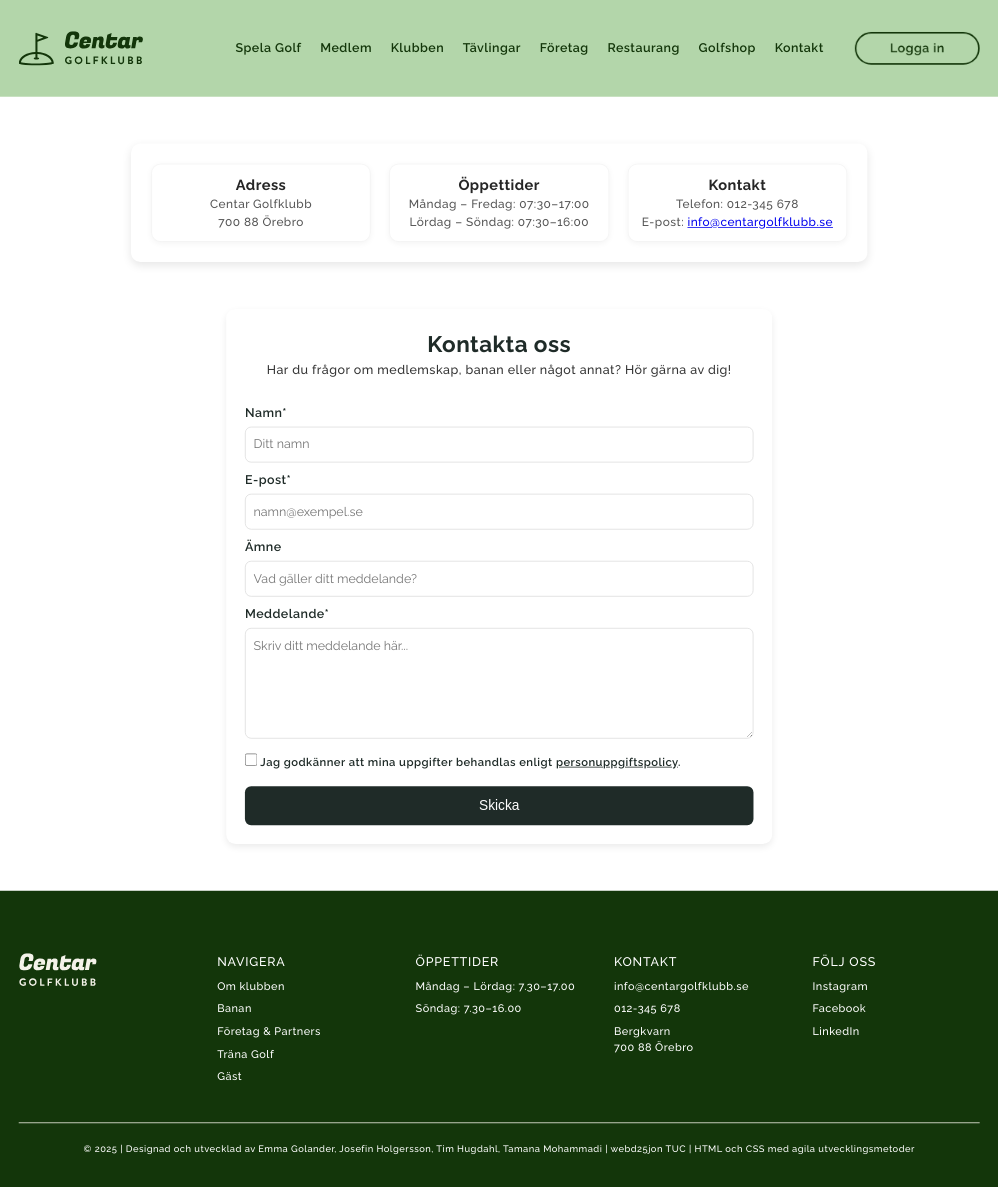
Repository: Tamana831/GolfklubbCentar
Page: kontakt.html
These files come from the project's save history. The page is drawn as it stood at one moment and after the next save; the edit follows.
The browser window is 1280 px wide. The pictures show the whole page, at 78% of full size.

Above is the page before, as saved 2025-10-24 00:37:40.

### kontakt.html
<!DOCTYPE html>
<html lang="sv">
  <head>
    <meta charset="UTF-8" />
    <meta name="viewport" content="width=device-width, initial-scale=1.0" />
    <title>Design element</title>
    <!-- variables.css och base.css måste ligga överst då vi vill att den ska läsas in först -->
    <link rel="stylesheet" href="styles/variables.css" />
    <link rel="stylesheet" href="styles/base.css" />
    <link rel="stylesheet" href="styles/kontakt.css" />
  </head>
  <body>
    <!-- Sätter färg hela vägen ut -->
    <header class="bg-green-mid">
      <!-- Nedan div för att sätta maxbredd på sidan -->
      <nav class="container main-nav-wrapper">
        <a href="#"
          ><img
            src="images/centar_logotype_primary_dark.svg"
            alt="Centar logotype"
            class="logotype"
        /></a>
        <input type="checkbox" id="menu-toggle" />
        <label for="menu-toggle" class="menu-button-container">
          <span class="menu-button"></span>
          <!--inline-->
        </label>
        <div class="menu-wrapper">
          <ul>
            <li><a href="spelagolf.html">Spela Golf</a></li>
            <li><a href="medlem.html">Medlem</a></li>
            <li><a href="klubben.html">Klubben</a></li>
            <li><a href="tavling.html">Tävlingar</a></li>
            <li><a href="foretag.html">Företag</a></li>
            <li><a href="restaurang.html">Restaurang</a></li>
            <li><a href="golfshop.html">Golfshop</a></li>
            <li><a href="kontakt.html">Kontakt</a></li>
          </ul>
          <a href="login.html" class="button btn-primary-outline">Logga in</a>
        </div>
      </nav>
    </header>
      <!-- HELA KONTAKTSEKTIONEN MED BAKGRUND -->
    <section class="contact-section" aria-labelledby="kontakt-h1">
      <div class="container">

        <!-- KONTAKT-BOXAR -->
        <div class="contact-wrapper" aria-labelledby="kontakt-info-heading">
          <div class="contact-card" role="region" aria-labelledby="adress-heading">
            <h3 id="adress-heading">Adress</h3>
            <p>Centar Golfklubb<br />700 88 Örebro</p>
          </div>

          <div class="contact-card" role="region" aria-labelledby="oppettider-heading">
            <h3 id="oppettider-heading">Öppettider</h3>
            <p>Måndag – Fredag: 07:30–17:00<br />Lördag – Söndag: 07:30–16:00</p>
          </div>

          <div class="contact-card" role="region" aria-labelledby="kontakt-heading">
            <h3 id="kontakt-heading">Kontakt</h3>
            <p>Telefon: 012-345 678<br />E-post: <a href="mailto:info@centargolfklubb.se">info@centargolfklubb.se</a></p>
          </div>
        </div>

        <!-- FORMULÄR -->
        <div class="contact-container" role="region" aria-labelledby="kontakt-h1">
          <header class="contact-header">
            <h1 id="kontakt-h1">Kontakta oss</h1>
            <p>Har du frågor om medlemskap, banan eller något annat? Hör gärna av dig!</p>
          </header>

          <form class="contact-form" action="#" method="post" novalidate>
            <label for="name">Namn*</label>
            <input type="text" id="name" name="name" required placeholder="Ditt namn" />

            <label for="email">E-post*</label>
            <input type="email" id="email" name="email" required placeholder="namn@exempel.se" />

            <label for="subject">Ämne</label>
            <input type="text" id="subject" name="subject" placeholder="Vad gäller ditt meddelande?" />

            <label for="message">Meddelande*</label>
            <textarea id="message" name="message" rows="5" required placeholder="Skriv ditt meddelande här..."></textarea>

            <!-- GDPR / samtycke -->
            <label class="gdpr-label" for="consent">
              <input type="checkbox" id="consent" name="consent" required />
              Jag godkänner att mina uppgifter behandlas enligt
              <a href="#" target="_blank" rel="noopener noreferrer">personuppgiftspolicy</a>.
            </label>

            <!-- Valfritt: ett litet felmeddelande-element (kan visas via JS/CSS vid behov) -->
            <p class="form-error" aria-live="polite" style="display:none; color:#c0392b; margin-top:8px;">
              Du måste godkänna personuppgiftspolicyn för att skicka formuläret.
            </p>

            <button type="submit">Skicka</button>
          </form>
        </div>
      </div>
    </section>

    <!-- FOOTER -->
    <footer class="bg-green-dark" role="contentinfo">

      <div class="container text-white footer-wrapper">
        <nav class="foot-nav-wrapper body-sm" aria-label="Sidfot navigation">
          <div class="foot-nav-item foot-logo-wrapper">
            <a href="index.html">
              <img src="images/centar_logo_wordmark_neg.svg" alt="Centar logotype negative" class="logo-wordmark" />
            </a>
          </div>

          <section class="foot-nav-item">
            <h5 class="overline">Navigera</h5>
            <ul>
              <li><a href="#">Om klubben</a></li>
              <li><a href="#">Banan</a></li>
              <li><a href="#">Företag &amp; Partners</a></li>
              <li><a href="#">Träna Golf</a></li>
              <li><a href="#">Gäst</a></li>
            </ul>
          </section>

          <section class="foot-nav-item">
            <h5 class="overline">Öppettider</h5>
            <p>Måndag – Lördag: 7.30–17.00</p>
            <p>Söndag: 7.30–16.00</p>
          </section>

          <section class="foot-nav-item">
            <h5 class="overline">Kontakt</h5>
            <a href="mailto:info@centargolfklubb.se">info@centargolfklubb.se</a>
            <a href="tel:+46123456789">012-345 678</a>
            <address>Bergkvarn<br />700 88 Örebro</address>
          </section>

          <section class="foot-nav-item">
            <h5 class="overline">Följ oss</h5>
            <ul>
              <li><a href="#">Instagram</a></li>
              <li><a href="#">Facebook</a></li>
              <li><a href="#">LinkedIn</a></li>
            </ul>
          </section>
        </nav>

        <div class="byline-wrapper text-center">
          <p>
            &copy; 2025 | Designad och utvecklad av Emma Golander, Josefin
            Holgersson, Tim Hugdahl, Tamana Mohammadi | webd25jon TUC |
            HTML och CSS med agila utvecklingsmetoder
          </p>
        </div>
      </div>
    </footer>
  </body>
</html>

### styles/variables.css
/* Variabler. I och med att vi lägger det i root så går de att nå i alla css-filer.*/
:root {
  /* FÄRGER */
  --color-green-dark: #13360a;
  --color-green-mid: #b3d6aa;
  --color-green-light: #ecf6e9;
  --color-green-accent: #14bf71;

  --color-blue-mid: #c8e0e8;
  --color-blue-light: #e4f0f4;
  --color-beige-light: #f4f3e9;

  --color-text-black: #262626;
  --color-text-grey: #3d3d3d;
  --color-text-white: #ffffff;

  /* SPACING */
  --space-xxs: 0.5rem; /* 8px, minsta avstånd, typ ikoner, små knappar*/
  --space-xs: 1rem; /* 16px, litet avstånd, tex mellan text och knapp  */
  --space-sm: 1.5rem; /* 24px, lite större, ofta mellan rubrik och text */
  --space-md: 2.5rem; /* 40px, ännu lite större, ofta mellan större rubrik och text */
  --space-lg: 3.5rem; /* 56px */
  --space-xl: 5rem; /* 80px, större block, typ mellan sektioner*/
  --space-xxl: 7.5rem; /* 120px, stort avstånd mellan sektioner */
}

### styles/base.css
@import url("https://fonts.googleapis.com/css2?family=Raleway:ital,wght@0,100..900;1,100..900&display=swap");
/* Reset */
* {
  box-sizing: border-box;
  margin: 0;
  padding: 0;
  line-height: 1.5;
}

body {
  color: var(--color-text-black); /* Textfärg för hela sidan */
  font-family: "Raleway", sans-serif;
  font-weight: 500;
  letter-spacing: 0.6px;
  -webkit-font-smoothing: antialiased;
  -moz-osx-font-smoothing: grayscale;
}

/* Klassen container styr sidans maxbredd. */
.container {
  margin: 0 auto;
  max-width: 1280px;
  /* Är det för tight padding i mobil?? */
  padding-left: var(--space-sm);
  padding-right: var(--space-sm);
}
/* @media (min-width: 768px) {
  .container {
    padding-left: var(--space-sm);
    padding-right: var(--space-sm);
  }
} */

/* ---------- BAKGRUNDSFÄRG styling  ---------- */
/* Gör vad som känns enklast, antingen med klass på html-elmentet eller med hjälp av css direkt på elementet. */
.bg-green-dark {
  background-color: var(--color-green-dark);
}
.bg-green-mid {
  background-color: var(--color-green-mid);
}
.bg-green-light {
  background-color: var(--color-green-light);
}
.bg-blue-mid {
  background-color: var(--color-blue-mid);
}
.bg-blue-light {
  background-color: var(--color-blue-light);
}
.bg-beige-light {
  background-color: var(--color-beige-light);
}

/* ---------- TEXT styling ---------- */
/* Utgår från mobil och skalar upp, se media queries */
/* text- för rubriker */
.text-xxl,
.text-xl,
.text-lg,
.text-md,
.text-sm {
  font-weight: 600;
  letter-spacing: normal; /* nollställer letter-spacing som är satt i body */
  line-height: 1.25;
}
.text-xxl {
  font-size: 2.5rem; /* 40px mobil, 64px desktop */
}
.text-xl {
  font-size: 2rem; /* 32px mobil, 48px desktop */
  margin-bottom: var(--space-md);
}
.text-lg {
  font-size: 1.75rem; /* 28px mobil, 32px desktop */
  margin-bottom: var(--space-sm);
}
.text-md {
  font-size: 1.25rem; /* 20px mobil, 24px desktop */
  margin-bottom: var(--space-xs);
}
.text-sm {
  font-size: 1rem; /* 16px */
  margin-bottom: var(--space-xs);
}
/* body- för brödtext och ingress */
.body-sm {
  font-size: 0.875rem; /* 14px */
}
.body {
  font-size: 1rem; /* 16px */
}
.body-lg {
  font-size: 1rem; /* 16px mobil, 20px desktop */
}
.overline {
  font-size: 1rem; /* 16px */
  font-weight: 500;
  text-transform: uppercase;
  letter-spacing: 1px;
}
/* Större px-storlek från tablet och uppåt */
@media (min-width: 768px) {
  .text-xxl {
    font-size: 4rem; /* 64px */
  }
  .text-xl {
    font-size: 3rem; /* 48px */
  }
  .text-lg {
    font-size: 2rem; /* 32px */
  }
  .text-md {
    font-size: 1.5rem; /* 24px */
  }
  .body-lg {
    font-size: 1.25rem; /* 20px */
  }
}
/* Hjälpklasser */
.text-center {
  text-align: center;
}
.text-white {
  color: var(--color-text-white);
}
.bold {
  font-weight: 700;
}
/* ----------  BUTTONS ---------- */
/* Grundstyling som gäller alla knappar (a-taggar och buttons) */
.button {
  /* Button reset */
  appearance: none; /* tar bort systemets knappstil. */
  -webkit-appearance: none; /* för Safari */
  -moz-appearance: none; /* för Firefox */
  border: none;
  font: inherit; /* Ärver samma font som sidan */
  /* Sätter fast höjd på knappar och justerar in med flex, så man vet att alla knappat alltid är lika höga. */
  height: 42px;
  width: fit-content;
  max-width: 100%;
  display: flex;
  justify-content: center;
  align-items: center;
  text-decoration: none;
  font-weight: 600;
  text-align: center;
  border-radius: 999px;
  padding: 0 var(--space-md); /* Enbart padding i sidled pga fast höjd och flex*/
  cursor: pointer;
  will-change: transform;
  transition: background-color 0.25s ease, transform 0.15s ease;
}
.button:hover {
  transform: scale(1.03);
}
.btn-primary {
  /* Mörkgrön */
  background-color: var(--color-green-dark);
  color: var(--color-beige-light);
}
.btn-cta {
  background-color: var(--color-green-accent);
  color: var(--color-text-white);
}
.btn-primary:hover,
.btn-cta:hover {
  background-color: color-mix(in srgb, var(--color-green-accent) 85%, black);
}
.btn-primary-outline {
  /* Mörkgrön outline */
  border: 2px solid var(--color-green-dark);
  background-color: transparent;
  color: var(--color-green-dark);
}
.btn-primary-outline:hover {
  background-color: var(--color-green-dark);
  color: var(--color-beige-light);
}
/* Focus ring t.ex. när man tabbar sig fram */
.button:focus-visible {
  outline: 3px solid color-mix(in srgb, var(--color-green-accent) 70%, white);
  outline-offset: 3px;
}
@media (max-width: 420px) {
  .button {
    height: auto;
    min-height: 42px;
    padding: 0.5rem var(--space-md);
    white-space: normal;
    line-height: 1.2;
  }
}

/* ---------- NAVIGATION ---------- */
.main-nav-wrapper {
  display: flex;
  justify-content: space-between;
  align-items: center;
  position: relative;
  padding-top: var(--space-sm);
  padding-bottom: var(--space-sm);
}
.logotype {
  width: 140px;
  /* Tar bort margin i botten på bild */
  display: block;
}
.menu-wrapper {
  position: absolute;
  top: 100%; /* lägger meny precis under nav */
  left: 0;
  right: 0;
  background-color: var(--color-green-mid);
  border-top: 1px solid var(--color-green-dark);
  box-shadow: 0 4px 16px 0 rgba(0, 0, 0, 0.08);
  display: flex;
  flex-direction: column;
  padding: var(--space-sm) var(--space-sm) var(--space-lg) var(--space-sm);
  gap: var(--space-xs); /* Avstånd mellan meny och knapp */
  /* Animerar opaciteten */
  max-height: 0;
  opacity: 0;
  overflow: hidden;
  transition: all 700ms cubic-bezier(0.23, 1, 0.32, 1);
}
.menu-wrapper li {
  list-style: none;
  font-size: 1.25rem;
  margin-bottom: var(--space-xs);
}
.menu-wrapper a {
  text-decoration: none;
  color: var(--color-green-dark);
  font-weight: 600;
  transition: background-color 0.5s;
}
.menu-wrapper li a:hover,
.menu-wrapper li a.current {
  padding-bottom: 4px;
  border-bottom: 2px solid var(--color-green-dark);
}
/* Styling hamburgerikon */
.menu-button-container {
  height: 100%;
  width: 32px;
  cursor: pointer;
  display: flex;
  flex-direction: column;
  justify-content: center;
  align-items: center;
}
/* Döljer själva checkboxen*/
#menu-toggle {
  display: none;
}
/* Checkbox (hamburgermenyn) kryssad, menyn visas */
#menu-toggle:checked ~ .menu-wrapper {
  max-height: 600px;
  opacity: 1;
}
/* Hamburgerikonens transformation till ett "X" */
#menu-toggle:checked + .menu-button-container .menu-button::before {
  margin-top: 0;
  transform: rotate(45deg);
}
#menu-toggle:checked + .menu-button-container .menu-button {
  background: transparent;
}
#menu-toggle:checked + .menu-button-container .menu-button::after {
  margin-top: 0;
  transform: rotate(-45deg);
}
/* Stylar "strecken" i hamburgermenyn  */
.menu-button,
.menu-button::before,
.menu-button::after {
  display: block;
  background-color: var(--color-green-dark);
  position: absolute;
  height: 3px;
  width: 30px;
  border-radius: 2px;
  transition: transform 400ms cubic-bezier(0.23, 1, 0.32, 1);
}
.menu-button::before {
  content: "";
  margin-top: -8px;
}
.menu-button::after {
  content: "";
  margin-top: 8px;
}
/* Desktop */
@media (min-width: 1024px) {
  .main-nav-wrapper {
    align-items: flex-start;
    padding-top: var(--space-md);
    padding-bottom: var(--space-md);
  }
  .logotype {
    width: 200px;
    padding-right: var(--space-md);
  }
  .menu-button-container {
    display: none; /* Döljer hamburgarikon */
  }
  .menu-wrapper {
    position: static;
    background-color: transparent;
    display: flex;
    flex-direction: row;
    align-items: flex-start;
    padding: 0;
    gap: var(--space-md); /* Avstånd mellan meny och knapp */
    box-shadow: none;
    border-top: none;
    /* Återställer styling för animering */
    max-height: none;
    opacity: 1;
    overflow: visible;
    transition: none;
  }
  .menu-wrapper ul {
    display: flex;
    flex-wrap: wrap;
    justify-content: center;
    align-items: center;
    column-gap: var(--space-sm);
    row-gap: var(--space-xs);
  }
  .menu-wrapper li {
    margin-bottom: 0;
    font-size: 1rem;
  }
  .menu-wrapper .button {
    min-width: 160px; /* Måste sätta bredd annars vill texten hamna på två rader */
  }
}
@media (min-width: 1200px) {
  .main-nav-wrapper {
    align-items: center;
  }
  .menu-wrapper {
    align-items: center;
  }
}

/* Exempel-styling */
.hero {
  display: flex;
  flex-direction: column;
  justify-content: center;
  align-items: center;
  background-color: plum; /* Färg och höjd för att man ska se något nu.*/
  height: 500px;
  margin-bottom: var(--space-xl);
}
.btn-wrapper {
  display: flex;
  gap: var(--space-xs);
}

/* ----------  FOOTER ---------- */
/* Container-klassen styr padding i sidled så sätter top och bottom här. */
.footer-wrapper {
  padding-top: var(--space-xl);
  padding-bottom: var(--space-md);
}
.foot-nav-wrapper {
  display: grid; /* Grid aktiverad från start */
  grid-template-columns: 1fr;
  gap: var(--space-md); /* Mellanrum mellan sektioner */
  margin-bottom: var(--space-md);
}
footer .logo-wordmark {
  width: 100px;
}
footer .overline {
  margin-bottom: var(--space-xxs);
}
.foot-nav-item a,
.foot-nav-item p,
.foot-nav-item address {
  margin-bottom: var(--space-xxs);
  font-style: normal;
}
.foot-nav-item li {
  list-style: none;
}
.foot-nav-item a {
  display: block;
  text-decoration: none;
  color: var(--color-text-white);
}
.foot-nav-item a:hover {
  text-decoration: underline;
}
.byline-wrapper {
  border-top: 0.5px solid var(--color-beige-light);
}
.byline-wrapper p {
  font-size: 0.75rem;
  padding-top: var(--space-sm);
}
/* Tablet */
@media (min-width: 768px) {
  .foot-nav-wrapper {
    grid-template-columns: repeat(3, 1fr);
  }
  .foot-logo-wrapper {
    grid-column: span 3;
  }
}
/* Desktop */
@media (min-width: 1200px) {
  .foot-nav-wrapper {
    grid-template-columns: repeat(5, 1fr);
  }
  .foot-logo-wrapper {
    grid-column: span 1;
  }
}

### styles/kontakt.css
/* KONTAKT-SEKTION – samma stil som medlemssidan */
.contact-wrapper {
  display: flex;
  justify-content: space-between;
  align-items: stretch; /* alla boxar lika höga */
  gap: 24px;
  max-width: 944px;
  margin: 60px auto;
  border: 2px solid #fff;
  border-radius: 12px;
  background: #fff; /* bakgrundsfärg för hela kontaktboxen */
  box-shadow: 0 4px 12px rgba(0, 0, 0, 0.1);
  overflow: hidden;
  padding: 24px;
  flex-wrap: wrap;
}

.background {
  flex: 1;
  display: flex;
  justify-content: center;
  align-items: center;
  padding: 20px;
  background: transparent;
  background-color: #C8E0E8;
}

.contact-card {
  flex: 1;
  min-width: 260px;
  text-align: center;
  background: #fff; /* färg för varje liten box */
  border-radius: 12px;
  padding: 12px;
  display: flex;
  flex-direction: column;
  justify-content: center;
  border: 1px solid rgba(0,0,0,0.04);
  box-shadow: 0 2px 8px rgba(0,0,0,0.05);
  transition: transform 0.2s ease;

  flex: 1;
  padding: 12px;
  transition: 0.2s ease;


  background: #fff; /* färg för varje liten box */



}

.contact-card:hover {
  transform: translateY(-3px);
}

.contact-card h2 {
  font-size: 1.2rem;
  margin-bottom: 10px;
  color: #1f2b28;
}

.contact-card p {
  font-size: 0.95rem;
  color: #555;
  line-height: 1.5;
}

/*--- FORMULÄR ---*/
.contact-container {
  max-width: 700px;
  margin: 60px auto;
  padding: 24px;
  background: #fff; /* samma bakgrundsfärg som huvudboxen */
  border-radius: 12px;
  box-shadow: 0 4px 10px rgba(0, 0, 0, 0.08);
}

.contact-header {
  text-align: center;
  margin-bottom: 30px;
}

.contact-header h1 {
  font-size: 1.8rem;
  color: #1f2b28;
}

.contact-header p {
  color: #333;
  font-size: 1rem;
}

.contact-form label {
  display: block;
  margin-top: 10px;
  font-weight: 600;
  color: #1f2b28;
}

.contact-form input,
.contact-form textarea {
  width: 100%;
  padding: 10px;
  margin-top: 6px;
  border: 1px solid #ddd;
  border-radius: 8px;
  font-size: 1rem;
  font-family: inherit;
  background: #fff;
}

.contact-form button {
  margin-top: 20px;
  width: 100%;
  padding: 12px;
  background: #1f2b28;
  color: white;
  border: none;
  border-radius: 8px;
  cursor: pointer;
  font-size: 1.1rem;
  transition: background 0.2s ease;
}

.contact-form button:hover {
  background: #3a4a46;
}
.gdpr-label {
  font-size: 0.9rem;
  color: #333;
  margin-top: 16px;
  display: flex;
  align-items: flex-start;
  gap: 8px;
  line-height: 1.4;
}

.gdpr-label input {
  width: 16px;
  height: 16px;
  margin-top: 2px;
  cursor: pointer;
}

.gdpr-label a {
  color: #1f2b28;
  text-decoration: underline;
}

.gdpr-label a:hover {
  text-decoration: none;
}

/* --- RESPONSIVT --- */
@media (max-width: 768px) {
  .contact-wrapper {
    flex-direction: column;
    padding: 20px;
    flex-wrap: nowrap;
  }

  .contact-card {
    width: 100%;
  }
}

After the next save:
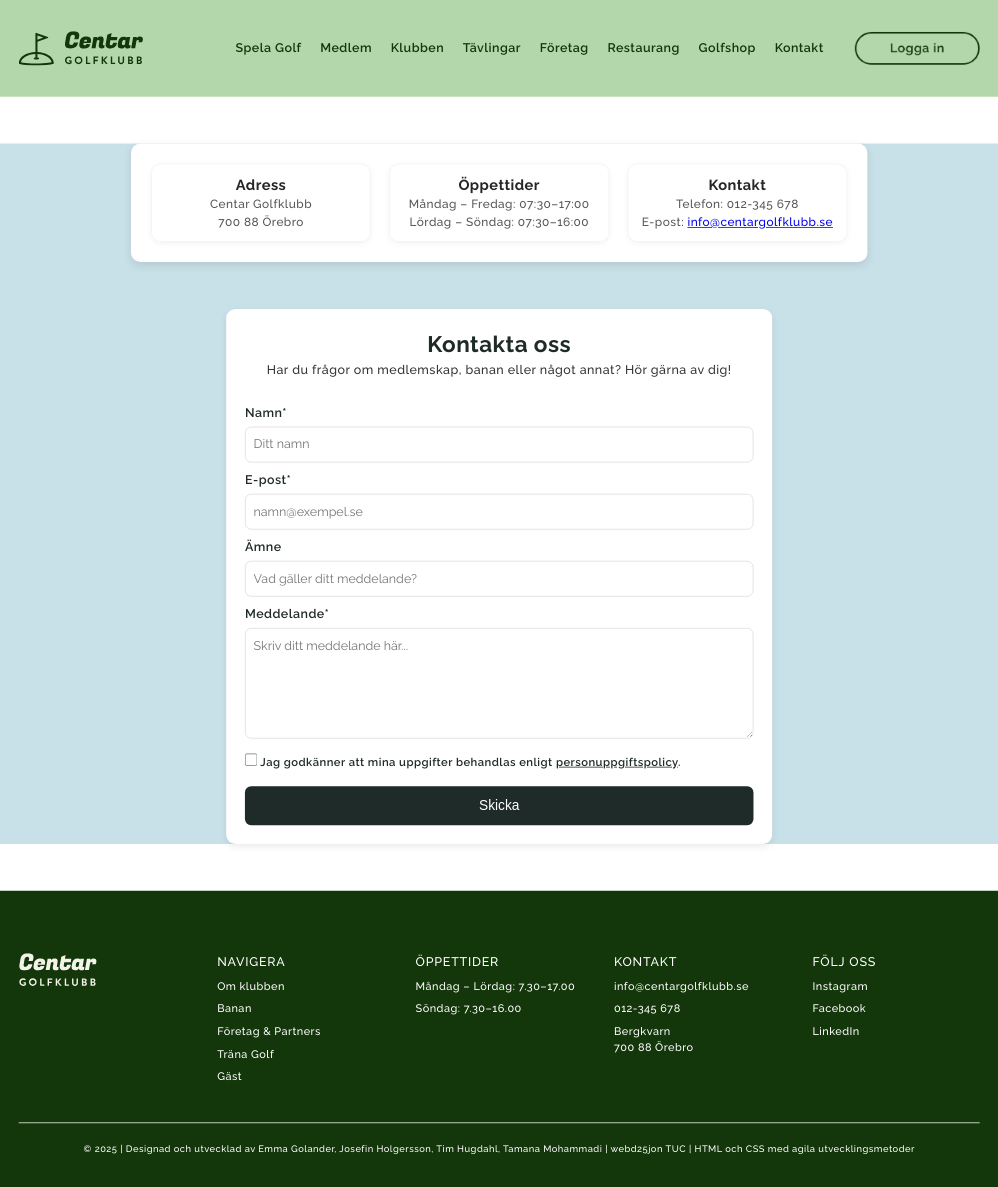
Saved 2 min 19 s later.
--- a/styles/kontakt.css
+++ b/styles/kontakt.css
@@ -126,6 +126,10 @@
 .contact-form button:hover {
   background: #3a4a46;
 }
+.contact-section {
+
+  background-color: #C8E0E8;
+}
 .gdpr-label {
   font-size: 0.9rem;
   color: #333;
